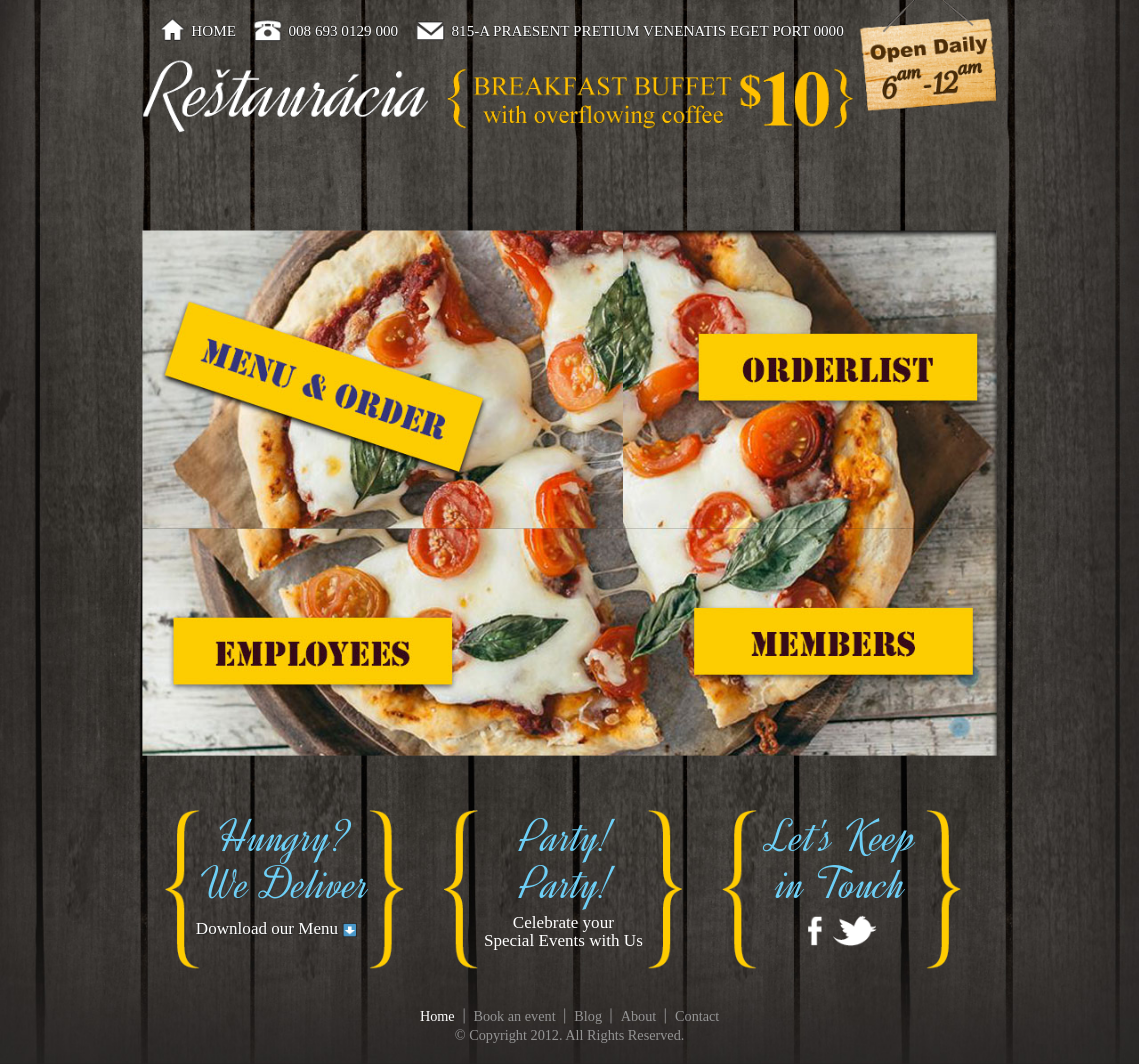
Repository: WarapornPum/OoadProject
Page: http://localhost/PizzaOrderSystem/Home.jsp
These files come from the project's save history. The page is drawn as it stood at one moment and after the next save; the edit follows.
The browser window is 1280 px wide. The pictures show the whole page, at 89% of full size.
The pointer rests on the first visible `#featured li.main a`.
The page is served by Tomcat 9.

Above is the page before, as saved 2019-02-16 11:40:41.

After the next save:
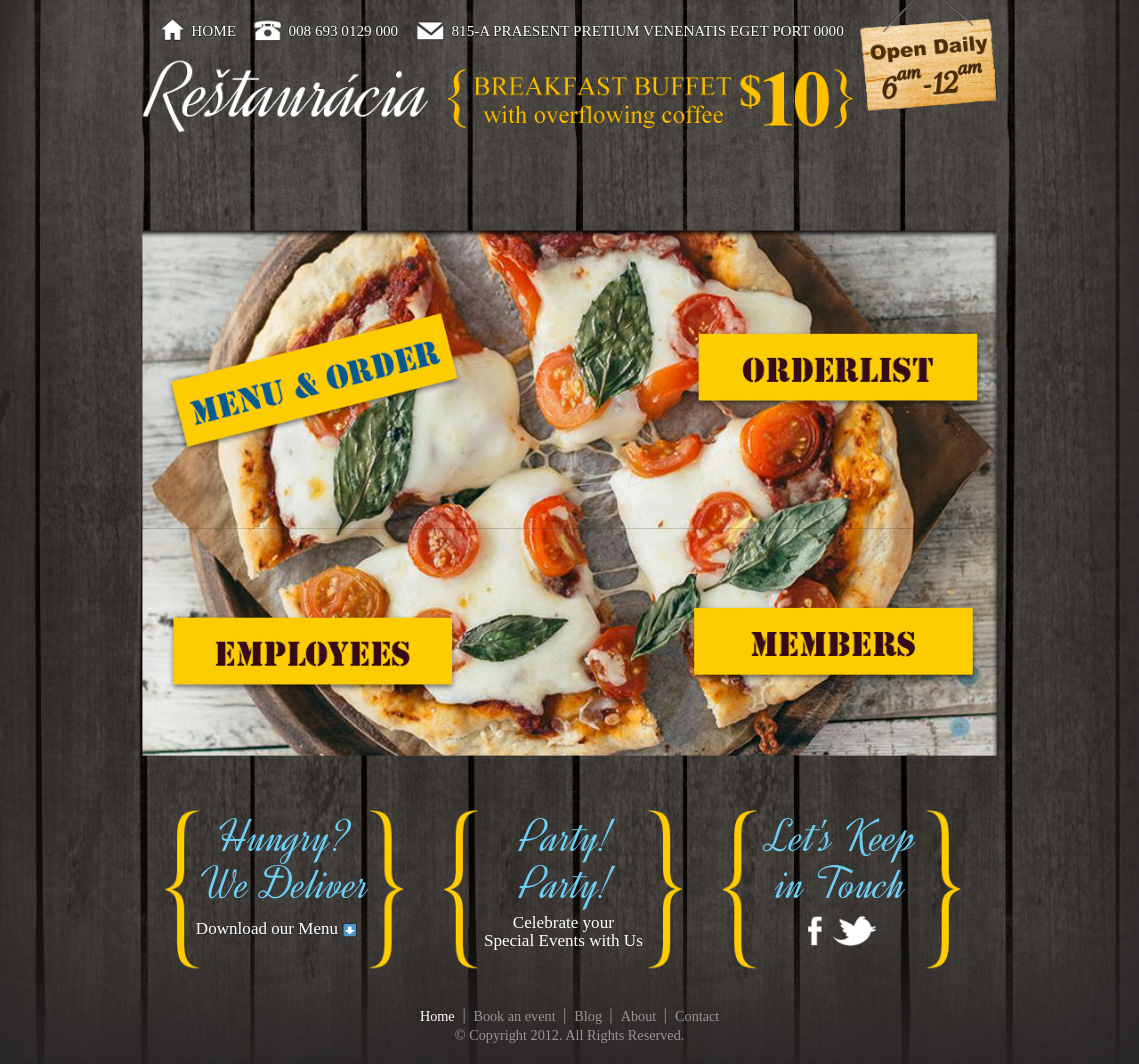
Saved 10 min 35 s later.
--- a/PizzaOrderSystem/WebContent/css/style.css
+++ b/PizzaOrderSystem/WebContent/css/style.css
@@ -162,7 +162,7 @@ body {
 	width: 540px;
 }
 #featured li.main a:hover {
-	background: url(../images/menu_order_hover.jpg) no-repeat 0 0;
+	background: url(../images/menu1_hover.jpg) no-repeat 0 0;
 }
 
 #featured li.drinks a {
@@ -171,7 +171,7 @@ body {
 	width: 420px;
 }
 #featured li.drinks a:hover {
-	background: url(../images/menu_orderlist_hover.jpg) no-repeat 0 0;
+	background: url(../images/menu2_hover.jpg) no-repeat 0 0;
 }
 
 #featured li.entree a {
@@ -180,7 +180,7 @@ body {
 	width: 540px;
 }
 #featured li.entree a:hover {
-	background: url(../images/menu4.jpg) no-repeat 0 0;
+	background: url(../images/menu3_hover.jpg) no-repeat 0 0;
 }
 
 #featured li.desserts a {
@@ -189,7 +189,7 @@ body {
 	width: 420px;
 }
 #featured li.desserts a:hover {
-	background: url(../images/member_1_hover.jpg) no-repeat 0 0;
+	background: url(../images/menu4_hover.jpg) no-repeat 0 0;
 }
 
 #contents {
